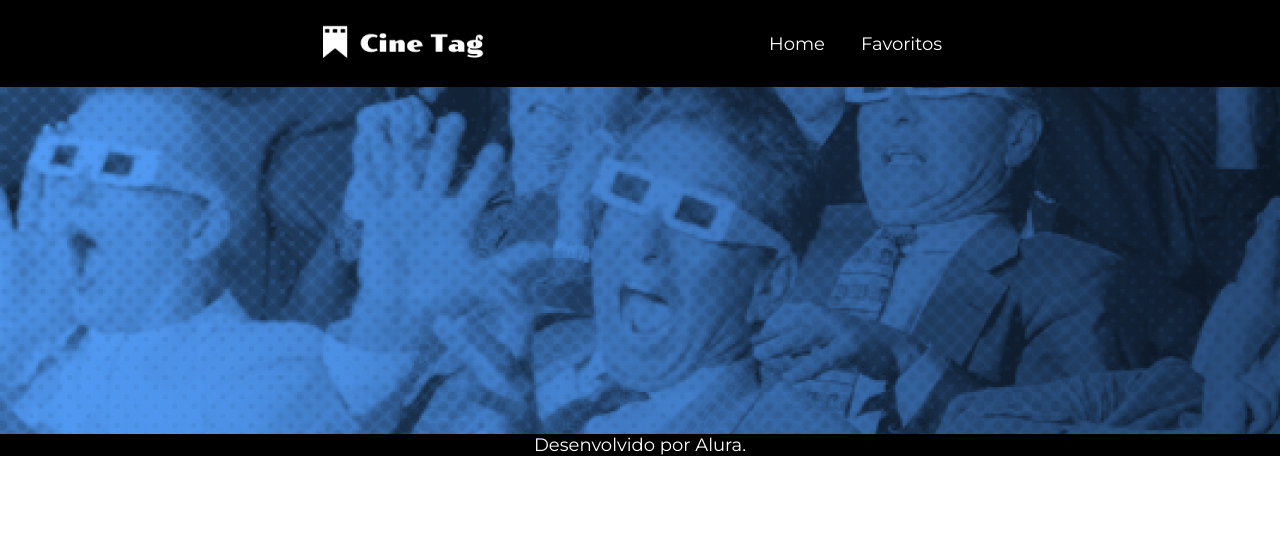
Repository: CarlosEduardoVdeOliveira/cine-tag
Page: /
The author's editor kept a copy of each file at every save. The page is drawn from the files as they stood at one save, then again after the next save.
The browser window is 1280 px wide. The pictures show the whole page.
The project was rebuilt for these pictures with package versions that can differ from the ones it lists, and the page was loaded fresh each time.

Above is the page before, as saved 2023-09-15 16:45:39.

### public/index.html
<!DOCTYPE html>
<html lang="en">
  <head>
    <meta charset="utf-8" />
    <link rel="icon" href="%PUBLIC_URL%/favicon.ico" />
    <meta name="viewport" content="width=device-width, initial-scale=1" />
    <meta name="theme-color" content="#000000" />
    <meta
      name="description"
      content="Web site created using create-react-app"
    />
    <link rel="preconnect" href="https://fonts.googleapis.com">
    <link rel="preconnect" href="https://fonts.gstatic.com" crossorigin>
    <link href="https://fonts.googleapis.com/css2?family=Montserrat:wght@400;500;700&display=swap" rel="stylesheet">
    <title>Cine Tag</title>
  </head>
  <body>
    <noscript>You need to enable JavaScript to run this app.</noscript>
    <div id="root"></div>
  </body>
</html>

### src/index.js
import React from 'react';
import ReactDOM from 'react-dom/client';
import './index.css';
import AppRoutes from './routes';
const root = ReactDOM.createRoot(document.getElementById('root'));
root.render(
  <React.StrictMode>
    <AppRoutes />
  </React.StrictMode>
);

### src/index.css
:root{
  --fonte: 'Montserrat', sans-serif;
  --white: white;
  --black: black;
  --gray: #E2E2E2;

}
*{
  margin: 0;
  paddign: 0;
}
body {

  font-family: var(--fonte);
  background-color: var(--withe);
  -webkit-font-smoothing: antialiased;
  -moz-osx-font-smoothing: grayscale;
}

code {
  font-family: source-code-pro, Menlo, Monaco, Consolas, 'Courier New',
    monospace;
}

### src/routes.js

import Inicio from "./pages/Inicio/index.js"
import { BrowserRouter, Route, Routes } from "react-router-dom"

function AppRoutes(){

  return(
    <BrowserRouter>
    <Routes>
      <Route path="/" element={<Inicio />}></Route>
    </Routes>
    </BrowserRouter>
  )
}

export default AppRoutes

### src/pages/Inicio/index.js
import Cabecalho from '../../components/Cabecalho'
import Banner from '../../components/Banner'
import Rodape from '../../components/Rodape'
import React from 'react'
function Inicio(){
  return(
    <>
      <Cabecalho />
      <Banner imagem="home" />
      <Rodape />
    </>
  )
}

export default Inicio

### src/components/Cabecalho/index.js
import React from 'react';
import { Link } from 'react-router-dom';
import styles from "./Cabecalho.module.css"
import logo from "./logo.png"
import CabecalhoLink from '../CabecalhoLink/index';

const Cabecalho = () => {
  return(
    <header  className={styles.cabecalho}>
      <Link to="./">
        <img src={logo} alt="Logo do cine tag" />
      </Link>
      <nav>
        <CabecalhoLink url="./">
          Home
        </CabecalhoLink>
        <CabecalhoLink url="./Favoritos">
          Favoritos
        </CabecalhoLink>
      </nav>
    </header>
  )
}

export default Cabecalho;

### src/components/Banner/index.js
import React from 'react';
import styles from "./Banner.module.css"
const Banner = ({imagem}) => {
  return (
    <div className={styles.capa} style={{backgroundImage: `url('imagens/banner-${imagem}.png')`}}>

    </div>
  )
}

export default Banner;

### src/components/Rodape/index.js
import React from 'react';
import styles from "./Rodape.module.css"
const Rodape = () => {
  return (
    <footer className={styles.rodape}>
      <h2>Desenvolvido por Alura.</h2>
    </footer>
  )
}

export default Rodape;

### src/components/Cabecalho/Cabecalho.module.css
.cabecalho {
    display: flex;
    justify-content: space-between;
    align-items: center;
    padding: 1.1em 20em;
    background-color: var(--black);
}

### src/components/CabecalhoLink/index.js
import React from 'react';
import styles from "./Links.module.css"
import { Link } from 'react-router-dom';

const CabecalhoLink = ({url, children}) => {
  return(
    <Link to={url} className={styles.link}>
      {children}
    </Link>
  )
}

export default CabecalhoLink;

### src/components/Rodape/Rodape.module.css
.rodape {
    display: flex;
    justify-content: center;
    background-color: var(--black);
}

.rodape h2 {
    font-weight: 400;
    font-size: 18px;
    color: var(--white);
}

### src/components/CabecalhoLink/Links.module.css
.link {
    color: var(--white);
    font-size: 18px;
    font-weight: 400;
    padding: 1em;
    text-decoration: none;
}

### src/components/Titulo/index.js
import React from 'react';
import styles from './Titulo.module.css'

const Titulo = ({children}) => {
  return (
    <div className={styles.texto}>
      {children}
    </div>
  );
}

export default Titulo;

Loaded but not shown: src/components/Banner/Banner.module.css (common file); src/components/Titulo/Titulo.module.css (common file)

After the next save:
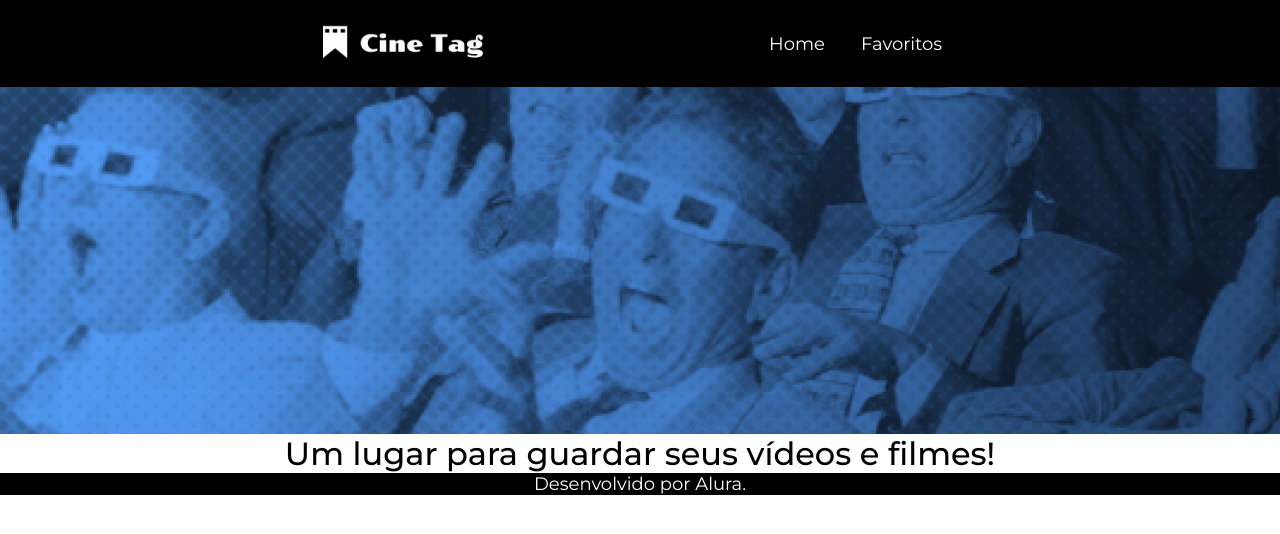
Saved 37 s later.
--- a/src/pages/Inicio/index.js
+++ b/src/pages/Inicio/index.js
@@ -2,11 +2,15 @@
 import Banner from '../../components/Banner'
 import Rodape from '../../components/Rodape'
 import React from 'react'
+import Titulo from 'components/Titulo'
 function Inicio(){
   return(
     <>
       <Cabecalho />
       <Banner imagem="home" />
+      <Titulo>
+      <h1>Um lugar para guardar seus vídeos e filmes!</h1>
+      </Titulo>
       <Rodape />
     </>
   )
